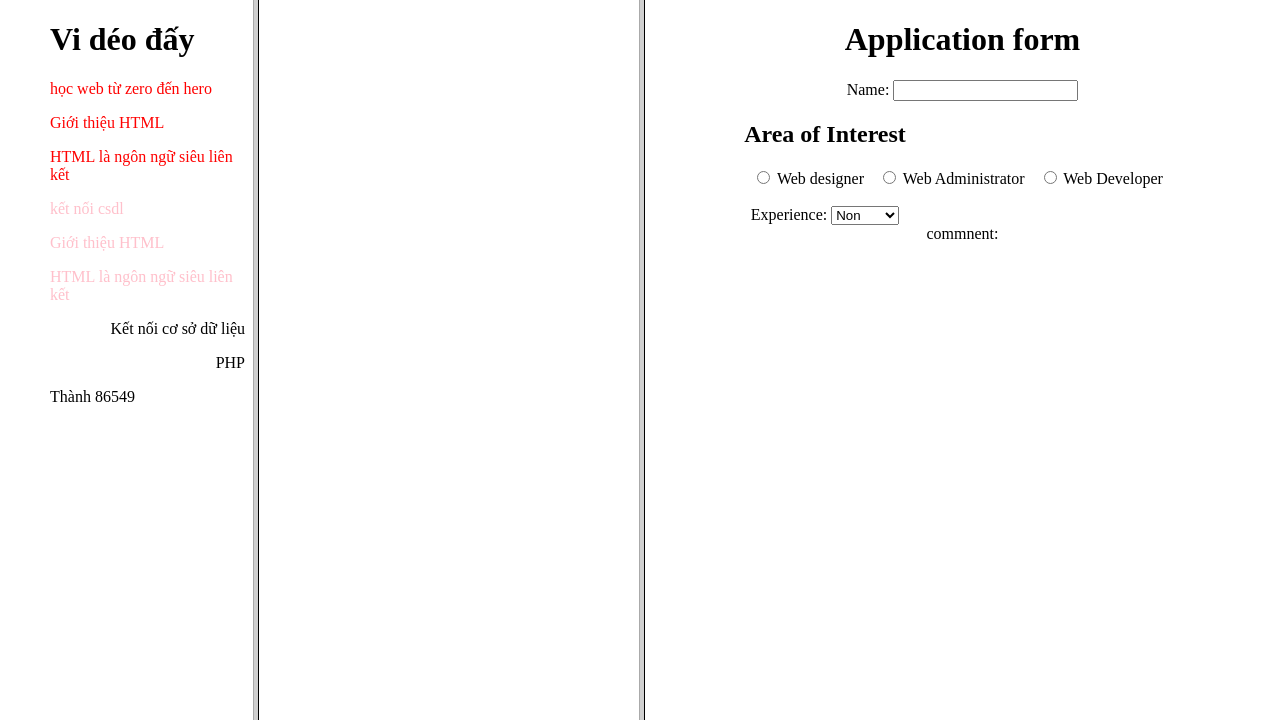
Repository: thanhp6868/ltWeb
Page: 2709_4.html
The author's editor kept a copy of each file at every save. The page is drawn from the files as they stood at one save, then again after the next save.
The browser window is 1280 px wide. The pictures show the whole page.

Above is the page before, as saved 2023-09-27 15:16:24.

After the next save:
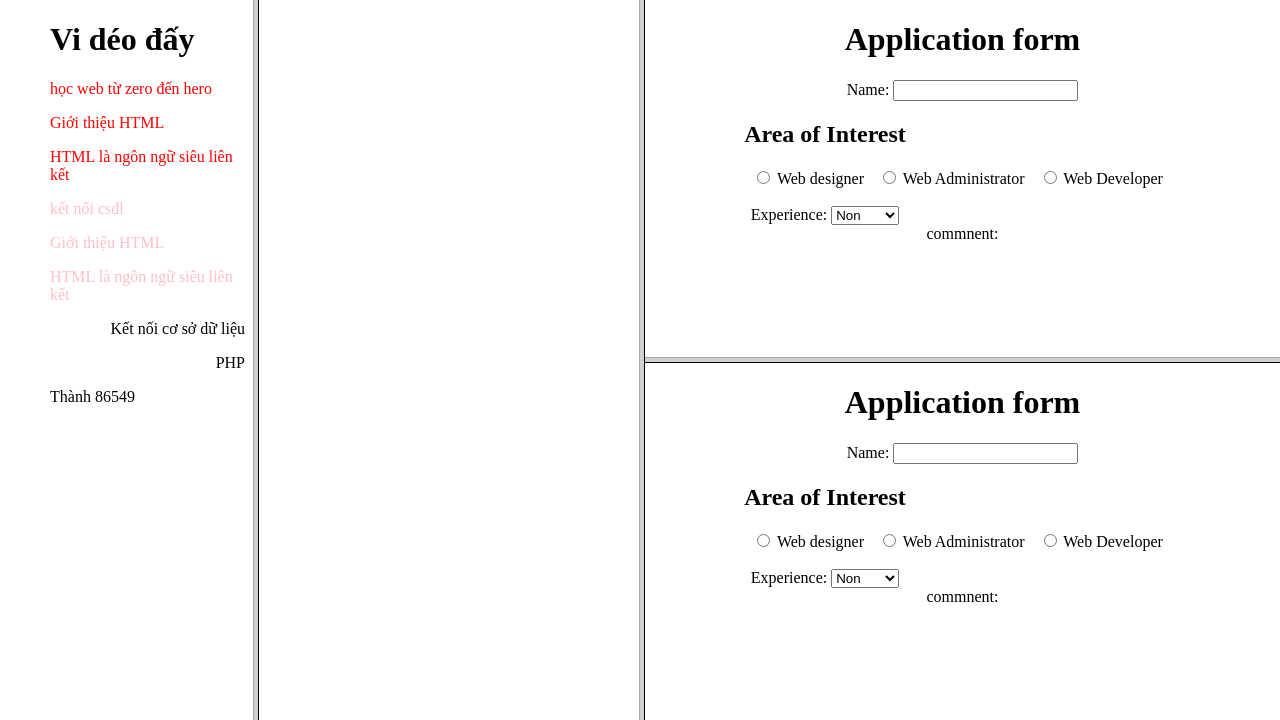
Saved 15 s later.
--- a/2709_4.html
+++ b/2709_4.html
@@ -11,6 +11,7 @@
 
         <frameset rows="50%, *">
             <frame src ="2709_3.html">
+            <frame src ="2709_3.html">
         </frameset>
 
 
